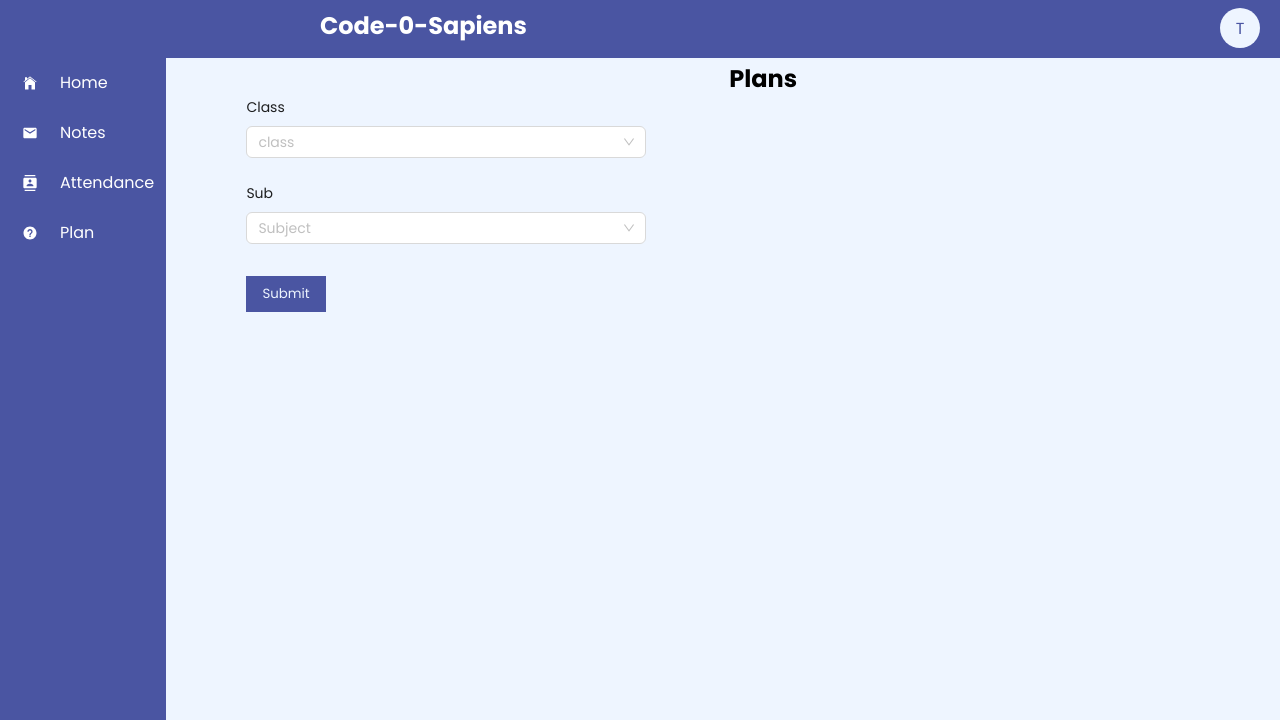
Repository: sinchana-P/code-0-sapiens
Page: /plans (app in client/)
An editor plug-in stored every save of this project. The page is shown before and after the next save, followed by the edit.
The browser window is 1280 px wide. The pictures show the whole page.
The project was rebuilt for these pictures with package versions that can differ from the ones it lists, and the page was loaded fresh each time. Also part of the build but not shown: client/src/components/auth/login/FormLayoutLogin.jsx, client/src/components/auth/login/Login.jsx, client/src/components/auth/register/FormLayoutRegister.jsx, client/src/components/auth/register/Register.jsx, client/src/components/homeScene/Home.jsx, client/src/components/notes/Notes.jsx, client/src/components/attendance/Attendance.jsx, client/src/components/profile/Profile.jsx and 4 more.

Above is the page before, as saved 2024-03-01 06:55:41.

### client/public/index.html
<!DOCTYPE html>
<html lang="en">
  <head>
    <meta charset="utf-8" />
    <link rel="icon" href="%PUBLIC_URL%/favicon.ico" />
    <meta name="viewport" content="width=device-width, initial-scale=1" />
    <meta name="theme-color" content="#000000" />
    <meta
      name="description"
      content="Web site created using create-react-app"
    />
    <link rel="apple-touch-icon" href="%PUBLIC_URL%/logo192.png" />
    <!--
      manifest.json provides metadata used when your web app is installed on a
      user's mobile device or desktop. See https://developers.google.com/web/fundamentals/web-app-manifest/
    -->
    <link rel="manifest" href="%PUBLIC_URL%/manifest.json" />
    <!--
      Notice the use of %PUBLIC_URL% in the tags above.
      It will be replaced with the URL of the `public` folder during the build.
      Only files inside the `public` folder can be referenced from the HTML.

      Unlike "/favicon.ico" or "favicon.ico", "%PUBLIC_URL%/favicon.ico" will
      work correctly both with client-side routing and a non-root public URL.
      Learn how to configure a non-root public URL by running `npm run build`.
    -->
    <link rel="preconnect" href="https://fonts.googleapis.com">
<link rel="preconnect" href="https://fonts.gstatic.com" crossorigin>
<link href="https://fonts.googleapis.com/css2?family=Poppins:ital,wght@0,100;0,200;0,300;0,400;0,500;0,600;0,700;0,800;0,900;1,100;1,200;1,300;1,400;1,500;1,600;1,700;1,800;1,900&display=swap" rel="stylesheet">
    <title>Code-0-Sapiens</title>
  </head>
  <body>
    <noscript>You need to enable JavaScript to run this app.</noscript>
    <div id="root"></div>
    <!--
      This HTML file is a template.
      If you open it directly in the browser, you will see an empty page.

      You can add webfonts, meta tags, or analytics to this file.
      The build step will place the bundled scripts into the <body> tag.

      To begin the development, run `npm start` or `yarn start`.
      To create a production bundle, use `npm run build` or `yarn build`.
    -->
  </body>
</html>

### client/src/index.js
import React from 'react';
import ReactDOM from 'react-dom/client';
import './index.css';
import App from './App';
import reportWebVitals from './reportWebVitals';
import { BrowserRouter } from 'react-router-dom'
import { apiSlice } from './api/apiSlice';
import {ApiProvider} from '@reduxjs/toolkit/query/react'

const root = ReactDOM.createRoot(document.getElementById('root'));
root.render(
  <BrowserRouter>
    <React.StrictMode>
      <ApiProvider api={apiSlice}>
        <App />
      </ApiProvider>
    </React.StrictMode>
  </BrowserRouter>,
);

// If you want to start measuring performance in your app, pass a function
// to log results (for example: reportWebVitals(console.log))
// or send to an analytics endpoint. Learn more: https://bit.ly/CRA-vitals
reportWebVitals();

### client/src/App.jsx

import './App.css';
import { useState } from 'react';
import { Routes, Route } from 'react-router-dom'
import Login from './components/auth/login/Login'
import Register from './components/auth/register/Register';
import Topbar from './components/global/topbar/Topbar';
import Sidebar from './components/global/sidebar/Sidebar';
import Home from './components/homeScene/Home';
import Notes from './components/notes/Notes';
import Plans from './components/plans/Plans';
import Attendance from './components/attendance/Attendance';
import Profile from './components/profile/Profile';
import StudentSidebar from './components/global/sidebar/StudentSidebar';
import StdHome from './components/stdHome/StdHome';
import StdAttendance from './components/stdAttendance/StdAttendance'
import StdNotes from './components/stdNotes/StdNotes';
import StdDoubts from './components/stdDoubts/StdDoubts';

function App() {
  const [userRole, setUserRole] = useState('Teacher')

  return (
    <div className="App">
      <div className='app-container'>

      <Topbar userRole={userRole}/>

        <div className='main-content'>
          <div className='left-content-container'>

          {
            userRole === 'Teacher' ? (<Sidebar /> ) : (<StudentSidebar /> )
          }

          </div>
          <div className='right-content-container'>
            <Routes>
              <Route path='/login' element={ <Login/> } />
              <Route path='/register' element={ <Register/> } />
              <Route path='/home' element={ <Home/> } />
              <Route path='/notes' element={ <Notes/> } />
              <Route path='/attendance' element={ <Attendance/> } />
              <Route path='/plans' element={ <Plans/> } />
              {/* <Route path='/profile' element={ <Profile/> } /> */}
              <Route path='/student' element={ <StdHome/> } />
              <Route path='/student/attendance' element={ <StdAttendance/> } />
              <Route path='/student/attendance' element={ <StdNotes/> } />
              <Route path='/student/attendance' element={ <StdDoubts/> } />
            </Routes>
          </div>
        </div>
      </div>

    </div>
  );
}

export default App;

### client/src/api/apiSlice.js
import {createApi,fetchBaseQuery} from '@reduxjs/toolkit/query/react'


export const apiSlice = createApi({
       reducerPath:"api",
       baseQuery:fetchBaseQuery({baseUrl:""}),
       tagTypes:['auth', 'student'],
       endpoints:(builder)=>({
        register: builder.mutation({
            query: (data) => ({
                url: '/register',
                method: "POST",
                body: data
            }),
            invalidatesTags:['auth']
        }),
        login: builder.mutation({
            query: (data) => ({
                url: '/login',
                method: "POST",
                body: data
            }),
            invalidatesTags:['auth']
        }),
            //   getTodos:builder.query({
            //          query:()=>'/auth',
            //          transformResponse: (res: Todo[]) =>  {
            //                 // Ensure res is an array before sorting
            //                 console.log(res);

            //                 if (Array.isArray(res)) {
            //                     return res.sort((a, b) => b.id - a.id);
            //                 } else {
            //                     return res;
            //                 }
            //             },

            //          providesTags:['todos']
            //   }),
            //   addTodo:builder.mutation({
            //          query:(todo)=>({
            //                 url:'/todos',
            //                 method:"POST",
            //                 body:todo
            //          }),
            //          invalidatesTags:['todos']
            //   }),
            //   updateTodo:builder.mutation({
            //          query:(todo)=>({
            //                 url:/todos/${todo.id},
            //                 method:'PATCH',
            //                 body:todo
            //          }),
            //          invalidatesTags:['todos']
            //   }),
            //   deleteTodo:builder.mutation({
            //          query:(id)=>({

            //                 url:/todos/${id},
            //                 method:'DELETE',
            //                 body:id
            //          }),
            //          invalidatesTags:['todos']
            //   })

       })
})

export const { useRegisterMutation,useLoginMutation } = apiSlice

### client/src/App.css
@import url('https://fonts.googleapis.com/css2?family=Poppins:ital,wght@0,100;0,200;0,300;0,400;0,500;0,600;0,700;0,800;0,900;1,100;1,200;1,300;1,400;1,500;1,600;1,700;1,800;1,900&display=swap');

* {
  font-family: "Poppins", sans-serif;
}

/* --- */
.full-width-container {
  width: 100%;
  display: flex;
  justify-content: center;
  align-items: center;
}
/* --- */

.right-content-container {
  background-color: #EEF5FF;
  display: flex;
  align-items: start;
  justify-content: center;
}

.app-container {
  display: flex;
  flex-direction: column;
}

.main-content {
  display: flex;
  flex-direction: row;
}

.left-content-container {
  width: 13vw;
}

.right-content-container {
  width: 87vw;

}

### client/src/components/global/topbar/Topbar.jsx
import React, {useState} from 'react'
import './Topbar.css'

const Topbar = ({userRole}) => {
  // const [userRole, setUserRole] = useState('Teacher')

  return (
    <div className='topbar-container'>
        <h2 style={{textAlign: 'left'}} className='logo-text'>Code-0-Sapiens</h2>

        <div className='profile-div'>
          {userRole === 'Teacher' ? 'T' : (userRole === 'Student' ? 'S' : '')}
        </div>
    </div>
  )
}

export default Topbar

### client/src/components/global/sidebar/Sidebar.jsx
import './Sidebar.css'
import { SidebarData } from './SidebarData';
import { Link, NavLink } from 'react-router-dom';


const Sidebar=()=> {
  return (
    <div className='sidebar'>
       <ul className='sidebarList'>
        {
        SidebarData.map((value,key)=>{
            return (
              <NavLink to={value.route} key={key} className='row' >
                <div id='icon'>{value.icon}</div>
                <div id='title'>{value.title}</div>
              </NavLink>
            )
        })
        }
       </ul>
    </div>
  )
}

export default Sidebar

### client/src/components/plans/Plans.jsx
import React, {useState} from 'react';
import { Form, Select, Checkbox } from 'antd';
import './Plans.css'

const SidebarData = [
  {
    cls_id: '8',
    sub_id: '1',
    mod_id: 'Module 1',
    chp_id: 'Chapter 1',
    completed: true
  },
  {
    cls_id: '8',
    sub_id: '1',
    mod_id: 'Module 1',
    chp_id: 'Chapter 2',
    completed: false
  },
  {
    cls_id: '8',
    sub_id: '1',
    mod_id: 'Module 1',
    chp_id: 'Chapter 3',
    completed: true
  },
  {
    cls_id: '8',
    sub_id: '1',
    mod_id: 'Module 1',
    chp_id: 'Chapter 4',
    completed: false
  },
  {
    cls_id: '8',
    sub_id: '1',
    mod_id: 'Module 1',
    chp_id: 'Chapter 5',
    completed: true
  },
  {
    cls_id: '8',
    sub_id: '1',
    mod_id: 'Module 2',
    chp_id: 'Chapter 1',
    completed: false
  },
  {
    cls_id: '8',
    sub_id: '1',
    mod_id: 'Module 2',
    chp_id: 'Chapter 2',
    completed: true
  },
  {
    cls_id: '8',
    sub_id: '1',
    mod_id: 'Module 2',
    chp_id: 'Chapter 3',
    completed: true
  },
  {
    cls_id: '8',
    sub_id: '1',
    mod_id: 'Module 2',
    chp_id: 'Chapter 4',
    completed: true
  },
  {
    cls_id: '8',
    sub_id: '1',
    mod_id: 'Module 2',
    chp_id: 'Chapter 5',
    completed: true
  }
];

const CheckboxGroup = Checkbox.Group;

const Plans = () => {

    const [isSubmit, setIsSubmit] = useState(false)

  // Grouping chapters by module
  const groupedChapters = SidebarData.reduce((acc, curr) => {
    const { mod_id, chp_id } = curr;
    if (!acc[mod_id]) {
      acc[mod_id] = [];
    }
    acc[mod_id].push(chp_id);
    console.log('acc');
    console.log(acc);
    return acc;
  }, {});

  const handleSubmit = () => {
    setIsSubmit(true)
  }

  return (
    <div className='plans-main'>
      <h2 className='heading'>Plans</h2>
        <Form
            layout="vertical"
            name="basic"
            labelCol={{ span: 8 }}
            wrapperCol={{ span: 16 }}
            style={{ maxWidth: 600 }}
            initialValues={{ remember: true }}
            autoComplete="off"
        >
            <Form.Item label="Class" rules={[{ required: true, message: 'Please select class!' }]}>
            <Select placeholder="class">
                <Select.Option value="class8">Class 8</Select.Option>
                <Select.Option value="class9">Class 9</Select.Option>
                <Select.Option value="class10">Class 10</Select.Option>
            </Select>
            </Form.Item>
            <Form.Item label="Sub" rules={[{ required: true, message: 'Please select class!' }]}>
            <Select placeholder="Subject">
                <Select.Option value="maths">Maths</Select.Option>
                <Select.Option value="science">Science</Select.Option>
                <Select.Option value="social">Social</Select.Option>
            </Select>
            </Form.Item>
        </Form>

        <button onClick={handleSubmit}>Submit</button>

        <div>
            {isSubmit && (
                <>
                {Object.keys(groupedChapters).map((module, index) => (

                  <div key={index} className='module-chapters-checkbox'>
                  <h3>{module}</h3>
                  <CheckboxGroup>
                      {groupedChapters[module].map((chapter, i) => (
                      <Checkbox checked key={i} value={chapter} style={{width: '1200px'}} >
                          {chapter}
                      </Checkbox>
                      ))}
                  </CheckboxGroup>

                  </div>

              ))}
              <button>Update Plan</button>
                </>


            )}


        </div>


      </div>

  );
}

export default Plans;

### client/src/components/auth/login/Login.css
.login-container{
    padding: 1rem 0;
    /* background-color: pink; */
    width: 50vw;

}

h2 {
    text-align: center;
    margin-left: 20rem;
}

### client/src/components/auth/register/Register.css
.register-container{
    padding: 1rem 0;
    /* background-color: pink; */
    width: 50vw;

}

h2 {
    text-align: center;
    margin-left: 20rem;
}

### client/src/components/global/topbar/Topbar.css
.topbar-container {
    background-color: #4A55A2;
    min-width: 95vw;
    height: 4rem;
    display: flex;
    flex-direction: row;
    justify-content: space-between;
}

.profile-div {
    background-color: #EEF5FF;
    color: #4a55a2;
    width: 40px;
    height: 40px;
    border-radius: 50%;
    display: flex;
    justify-content: center;
    align-items: center;
    margin-top: 8px;
    margin-right: 20px;
}

.logo-text {
    color: white;
    /* text-align: center; */
    margin-top: 0.5rem;
}

### client/src/components/global/sidebar/Sidebar.css
*{
    margin: 0;
    padding: 0;
  }
  .App{
    width: 100vw;
    height: 100vh;
    display: flex;
  }

  .sidebar{
    height: 92vh;
    width: 200px;
    background-color: #4A55A2;
  }

  .sidebarList{
    height: auto;
    width: 100%;
    padding: 0;
  }

  .sidebarList .row{
    width: 100%;
    height: 50px;
    list-style-type: none;
    margin: 0;
    display: flex;
    flex-direction: row;
    color: white;
    justify-content: center;
    align-items: center;
    text-decoration: none;
  }

  .sidebarList .row:hover{
    cursor: pointer;
    background-color: #EEF5FF;
    color: black;

  }

  .row #icon{
    flex: 30%;
    display: grid;
    place-items: center;
  }

  .row #title{
    flex: 70%;
  }

  .row .active {
    background-color: #EEF5FF;
    color: black;
  }

### client/src/components/global/sidebar/SidebarData.js
import { IoIosHome,IoMdHelpCircle } from "react-icons/io";
import { MdEmail,MdContacts } from "react-icons/md";
import { FaRegCalendarCheck } from "react-icons/fa";


export const SidebarData=[
       {
              title:"Home",
              icon:<IoIosHome />,
              route:"/"
       },
       {
              title:"Notes",
              icon:<MdEmail />,
              route:"/notes"
       },
       {
              title:"Attendance",
              icon:<MdContacts />,
              route:"/attendance"
       },
       {
              title:"Plan",
              icon:<IoMdHelpCircle />,
              route:"/plans"
       },
       // {
       //        title:"Profile",
       //        icon:<FaRegCalendarCheck />,
       //        route:"/profile"
       // },
]

### client/src/components/notes/Notes.css
.notes-main {
    width: 87vw;
}

.heading {
    margin-left: 28rem;
}

.notes-container{
    margin: 1rem 18rem;
}

.notes-form-container {
    padding: 1rem 0;
}

.notes-upload-main {
    display: flex;
    flex-direction: row;
}


.notes-upload-container {
    display: flex;
    flex-direction: column;
}

.notes-pdf, .notes-link {
    display: flex;
    flex-direction: row;
    padding: 0.5rem 0;
}

.notes-upload-container {
    padding: 0rem 1rem;
}

p{
    font-weight: bold;
}

### client/src/components/plans/Plans.css
.plans-main{
    width: 87vw;
    padding: 0.2rem 5rem;
    /* max-height: 90vh; */

}

.module-chapters-checkbox {
    display: flex;
    flex-direction: column;
    justify-content: start;
}

.heading {
    margin-left: 5rem;
}

### client/src/components/attendance/Attendance.css
.attendance-main {
    /* background-color: pink; */
    width: 80vw;
}

.attendance-class {
    /* background-color: pink; */
}

.attendance-class-inputs-container {
    display: flex;
    flex-direction: row;
    min-width: 80vw;
}

.attendance-class-each {
    width: 15rem;
    margin: 2rem;
}

button {
    background-color: #4a55a2;
    color: #EEF5FF;
    border: none;
    padding: 0.5rem 1rem;
    margin: 0.5rem 0;
}

button:hover {
    background-color: #b9cae3;
    color: #4a55a2;
    cursor: pointer;
}

### client/src/components/global/sidebar/StudentSidebarData.js
import { IoIosHome,IoMdHelpCircle } from "react-icons/io";
import { MdEmail,MdContacts } from "react-icons/md";
import { FaRegCalendarCheck } from "react-icons/fa";


export const StudentSidebarData=[
       {
              title:"Home",
              icon:<IoIosHome />,
              route:"/student"
       },
       {
              title:"Attendance",
              icon:<MdEmail />,
              route:"/student/attendance"
       },
       {
              title:"Notes",
              icon:<MdContacts />,
              route:"/student/notes"
       },
       {
              title:"Doubts",
              icon:<IoMdHelpCircle />,
              route:"/student/doubts"
       },
       // {
       //        title:"Profile",
       //        icon:<FaRegCalendarCheck />,
       //        route:"/profile"
       // },
]

### client/src/components/stdAttendance/StdAttendance.css
.attendance-main {
    /* background-color: pink; */
    width: 87vw;
    padding: 1rem 20rem;
}

.attendance-class {
    /* background-color: pink; */
}

.attendance-class-inputs-container {
    display: flex;
    flex-direction: row;
    min-width: 80vw;
}

.attendance-class-each {
    width: 15rem;
    margin: 2rem;
}

button {
    background-color: #4a55a2;
    color: #EEF5FF;
    border: none;
    padding: 0.5rem 1rem;
    margin: 0.5rem 0;
}

button:hover {
    background-color: #b9cae3;
    color: #4a55a2;
    cursor: pointer;
}

.header {
    margin: 1rem 5rem;
}

### client/src/components/global/sidebar/StudentSidebar.jsx
import './Sidebar.css'
import { StudentSidebarData } from './StudentSidebarData';
import { Link, NavLink } from 'react-router-dom';


const StudentSidebar=()=> {
  return (
    <div className='sidebar'>
       <ul className='sidebarList'>
        {
        StudentSidebarData.map((value,key)=>{
            return (
              <NavLink to={value.route} key={key} className='row' >
                <div id='icon'>{value.icon}</div>
                <div id='title'>{value.title}</div>
              </NavLink>
            )
        })
        }
       </ul>
    </div>
  )
}

export default StudentSidebar

Loaded but not shown: client/src/index.css (common file); client/src/reportWebVitals.js (common file)

After the next save:
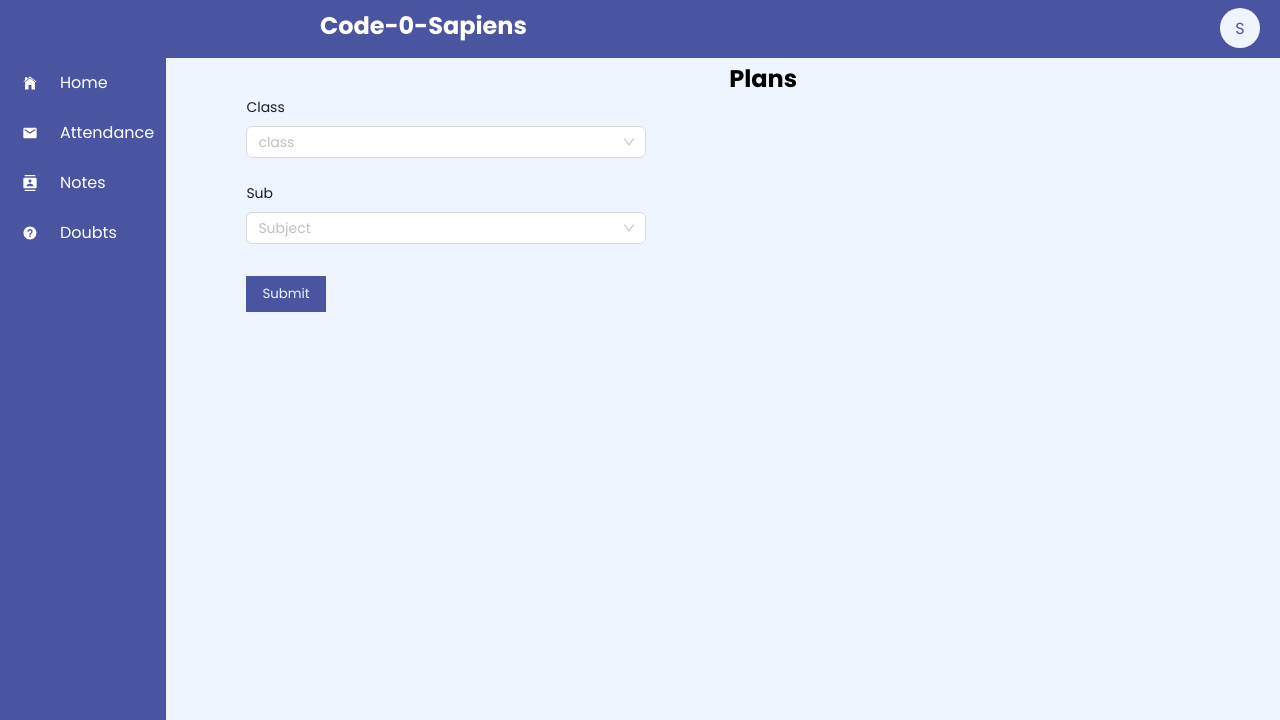
Saved 33 s later.
--- a/client/src/App.jsx
+++ b/client/src/App.jsx
@@ -18,7 +18,7 @@
 import StdDoubts from './components/stdDoubts/StdDoubts';
 
 function App() {
-  const [userRole, setUserRole] = useState('Teacher')
+  const [userRole, setUserRole] = useState('Student')
 
   return (
     <div className="App">

After the save that followed:
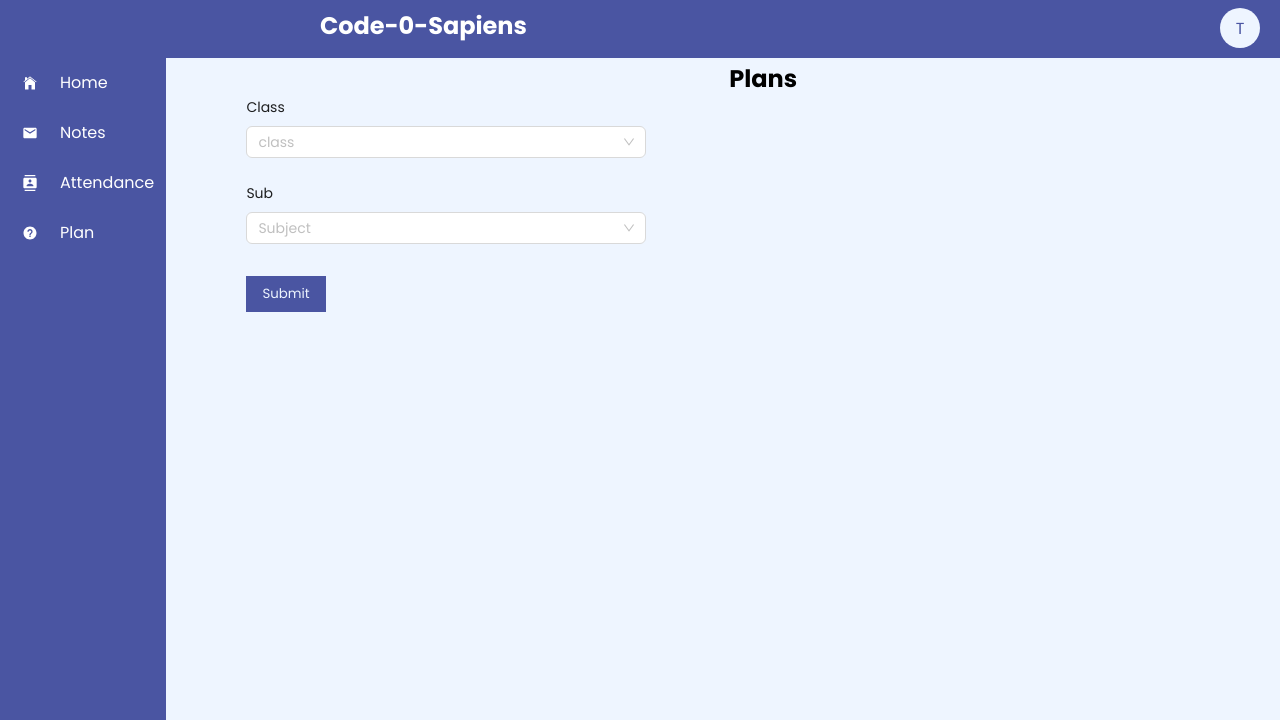
Saved 48 s later.
--- a/client/src/App.jsx
+++ b/client/src/App.jsx
@@ -18,7 +18,7 @@
 import StdDoubts from './components/stdDoubts/StdDoubts';
 
 function App() {
-  const [userRole, setUserRole] = useState('Student')
+  const [userRole, setUserRole] = useState('Teacher')
 
   return (
     <div className="App">
